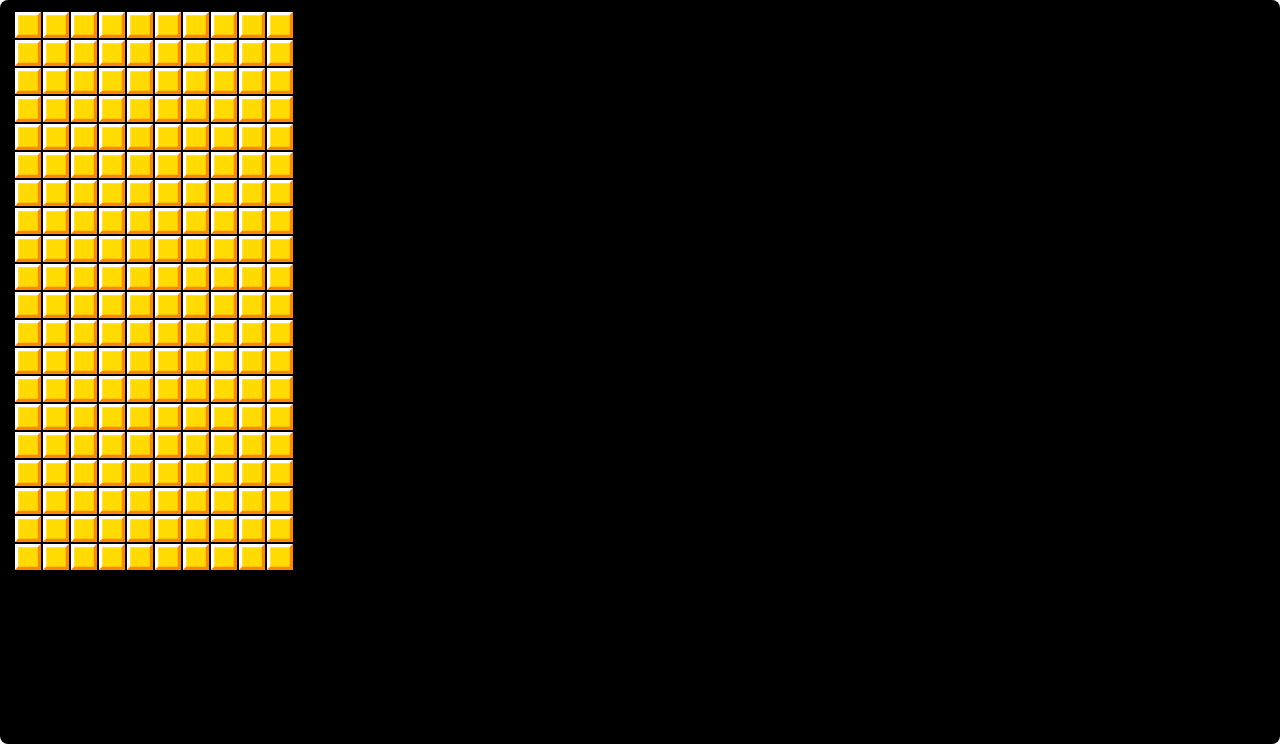
Repository: powidev/Epik-Tetris
Page: index.html
The author's editor kept a copy of each file at every save. The page is drawn from the files as they stood at one save, then again after a run of saves.
The browser window is 1280 px wide. The pictures show the whole page.

Above is the page before, as saved 2025-05-20 10:23:15.

### index.html
<!DOCTYPE html>
<html lang="en">
<head>
    <meta charset="UTF-8">
    <meta name="viewport" content="width=device-width, initial-scale=1.0">
    <title>Tetris</title>
    <link rel="stylesheet" href="style.css">
</head>
<body>
    <div class="canvas-container">
        <canvas id="canvas-tetris" width="300" height="600"></canvas>
    </div>

    <script src="scripts/main.js" type="module"></script>
</body>
</html>

### style.css
body {
    display: flex;
    margin: 0;
    padding: 0;
}
.canvas-container {
    width: 100%;
    height: 100vh;
    background-color: black;
    padding: 12px 15px;
    border-radius: 8px;
}

### scripts/main.js
import { BoardTetris } from "/scripts/boardTetris.js";
import { Tetromino, TetraminoTypes } from "/scripts/tetromino.js";

const canvasTetris = document.getElementById("canvas-tetris");
const rows = 20;
const cols = 10;
const cellSize = 26;
const space = 2;

const boardTetris = new BoardTetris(canvasTetris, rows, cols, cellSize, space);

const tetrominoType = TetraminoTypes.T;
const tetromino = new Tetromino(canvasTetris, cellSize, tetrominoType.shapes, tetrominoType.initPosition, tetrominoType.id);

function update() {

    boardTetris.draw();
    tetromino.draw(boardTetris);
    requestAnimationFrame(update);
}

update();

### scripts/boardTetris.js
import { Grid } from '/scripts/grid.js';

export class BoardTetris extends Grid {
    constructor(canvas, rows, cols, cellSize, space) {
        super(canvas, rows, cols, cellSize, space);
    }

    isInside(row, col){
        return row >= 0 && row < this.rows && col >= 0 && col < this.cols;
    }
    isEmpty(row, col){
        return this.matriz[row][col] === 0 && this.isInside(row, col);
    }
    isRowFull(row){
        return this.matriz[row].every(element => element !== 0);
    }
    isRowEmpty(row){
        return this.matriz[row].every(element => element === 0);
    }
    clearRow(row){
        this.matriz[row].fill(0);
    }
    moveRowDown(row, numRows){
        this.matriz[row + numRows] = this.matriz[row].slice();
        this.clearRow(row);
    }
    clearFullRows(){
        let cont = 0;

        for(let row  = this.rows - 1; row >= 0; row--){
            if(this.isRowFull(row)){
                this.clearRow(row);
                cont++;
            }
            else if(cont > 0){
                this.moveRowDown(row, cont);
            }
        }
        return cont;
    }
    gameOver(){
        return !(this.isRowEmpty(0));
    }
}

### scripts/tetromino.js

class Position{
    constructor(row, column){
        this.row = row;
        this.column = column;
    }
}

class Tetromino {
    constructor(canvas, cellSize, shapes = [], initPosition = new Position(), id=1) {
        this.canvas = canvas;
        this.ctx = this.canvas.getContext('2d');
        this.cellSize = cellSize;
        this.shapes = shapes;
        this.rotation = 0;
        this.initPosition = initPosition;
        this.position = new Position(this.initPosition.row, this.initPosition.column);
        this.id = id;
    }
    drawSquare(x, y, side, color) {
        this.ctx.fillStyle = color;
        this.ctx.fillRect(x, y, side, side);
    }
    drawTriangle(x1, y1, x2, y2, x3, y3, color) {
        this.ctx.beginPath();
        this.ctx.moveTo(x1, y1);
        this.ctx.lineTo(x2, y2);
        this.ctx.lineTo(x3, y3);
        this.ctx.closePath();
        this.ctx.fillStyle = color;
        this.ctx.fill();
    }
    getColorPalette(id) {
        const palette = {
            1:{
                rightTriangle : "#FE8601",
                leftTriangle : "#FFFFFF",
                square : "#FFDB01"
            },
            2:{
                rightTriangle : "#FE5E02",
                leftTriangle : "#FFFFFF",
                square : "#FE8602"
            },
            3:{
                rightTriangle : "#B5193B",
                leftTriangle : "#FFFFFF",
                square : "#EE1B2E"
            },
            4:{
                rightTriangle : "#22974C",
                leftTriangle : "#FFFFFF",
                square : "#24DC4F"
            },
            5:{
                rightTriangle : "#49BDFF",
                leftTriangle : "#FFFFFF",
                square : "#2D97F7"
            },
            6:{
                rightTriangle : "#0000C9",
                leftTriangle : "#FFFFFF",
                square : "#0101F0"
            },
            7:{
                rightTriangle : "#8500D3",
                leftTriangle : "#FFFFFF",
                square : "#A000F1"
            }
        }
        return palette[id] || palette[1];
    }
    drawBlock(x, y, id){
        const margin = this.cellSize / 8;
        const palette = this.getColorPalette(id);

        this.drawTriangle(
            x, y,
            x + this.cellSize, y,
            x, y + this.cellSize,
            palette.leftTriangle
        );

        this.drawTriangle(
            x + this.cellSize, y,
            x + this.cellSize, y + this.cellSize,
            x, y + this.cellSize,
            palette.rightTriangle
        );

        this.drawSquare(
            x + margin,
            y + margin,
            this.cellSize - (margin * 2),
            palette.square
        );
    }
    currentShape(){
        return this.shapes[this.rotation];
    }
    draw(grid){
        const shape = this.currentShape();
        for(let i = 0; i < shape.length; i++){
            const position = grid.getCoordinates(
                this.position.column + shape[i].column,
                this.position.row + shape[i].row
            );
            this.drawBlock(position.x, position.y, this.id);
        }
    }
    currentPosition(){
        const positions = [];
        const shape = this.currentShape();
        for(let i = 0; i < shape.length; i++){
            positions.push(new Position(
                this.position.row + shape[i].row,
                this.position.column + shape[i].column
            ));
        }
        return positions;
    }
    move(row, column){
        this.position.row += row;
        this.position.column += column;
    }
    reset(){
        this.rotation = 0;
        this.position = new Position(this.initPosition.row, this.initPosition.column);
    }
}

const TetraminoTypes = {
    T:{
        id:1,
        initPosition: new Position(0, 3),
        shapes: [
            [new Position(0, 1), new Position(1, 0), new Position(1, 1), new Position(1, 2)],
            [new Position(0, 1), new Position(1, 1), new Position(1, 2), new Position(2, 1)],
            [new Position(1, 0), new Position(1, 1), new Position(1, 2), new Position(2, 1)],
            [new Position(0, 1), new Position(1, 0), new Position(1, 1), new Position(2, 1)]
        ]
    },
    O:{
        id:2,
        initPosition: new Position(0, 4),
        shapes: [
            [new Position(0, 0), new Position(0, 1), new Position(1, 0), new Position(1, 1)]
        ]
    },
    I:{
        id:3,
        initPosition: new Position(-1, 3),
        shapes: [
            [new Position(1, 0), new Position(1, 1), new Position(1, 2), new Position(1, 3)],
            [new Position(0, 2), new Position(1, 2), new Position(2, 2), new Position(3, 2)],
            [new Position(2, 0), new Position(2, 1), new Position(2, 2), new Position(2, 3)],
            [new Position(0, 1), new Position(1, 1), new Position(2, 1), new Position(3, 1)]
        ]
    },
    S:{
        id:4,
        initPosition: new Position(0, 3),
        shapes: [
            [new Position(0, 1), new Position(0, 2), new Position(1, 0), new Position(1, 1)],
            [new Position(0, 1), new Position(1, 1), new Position(1, 2), new Position(2, 2)],
            [new Position(1, 1), new Position(1, 2), new Position(2, 0), new Position(2, 1)],
            [new Position(0, 0), new Position(1, 0), new Position(1, 1), new Position(2, 1)]
        ]
    },
    Z:{
        id:5,
        initPosition: new Position(0, 3),
        shapes: [
            [new Position(0, 0), new Position(0, 1), new Position(1, 1), new Position(1, 2)],
            [new Position(0, 2), new Position(1, 1), new Position(1, 2), new Position(2, 1)],
            [new Position(1, 0), new Position(1, 1), new Position(2, 1), new Position(2, 2)],
            [new Position(0, 1), new Position(1, 0), new Position(1, 1), new Position(2, 0)]
        ]
    },
    J:{
        id:6,
        initPosition: new Position(0, 3),
        shapes: [
            [new Position(0, 0), new Position(1, 0), new Position(1, 1), new Position(1, 2)],
            [new Position(0, 1), new Position(0, 2), new Position(1, 1), new Position(2, 1)],
            [new Position(1, 0), new Position(1, 1), new Position(1, 2), new Position(2, 2)],
            [new Position(0, 1), new Position(1, 1), new Position(2, 0), new Position(2, 1)]
        ]
    },
    L:{
        id:7,
        initPosition: new Position(0, 3),
        shapes: [
            [new Position(0, 2), new Position(1, 0), new Position(1, 1), new Position(1, 2)],
            [new Position(0, 1), new Position(1, 1), new Position(2, 1), new Position(2, 2)],
            [new Position(1, 0), new Position(1, 1), new Position(1, 2), new Position(2, 0)],
            [new Position(0, 0), new Position(0, 1), new Position(1, 1), new Position(2, 1)]
        ]
    }
};

class TetrominosBag {
    constructor(canvas, cellSize){
        this.canvas = canvas;
        this.cellSize = cellSize;
        this.bag = [];
    }

    fillbag(){
        const tetrominosTypes = [
            tetrominosTypes.T,
            tetrominosTypes.O,
            tetrominosTypes.I,
            tetrominosTypes.S,
            tetrominosTypes.Z,
            tetrominosTypes.J,
            tetrominosTypes.L
        ]
        this.bag.length = 0;
        tetrominosTypes.forEach(type=>{
            this.bag.push(new Position(
                this.canvas,
                this.cellSize,
                type.shapes,
                type.initPosition,
                type.id
            ));
        });

        for(let i = this.bag.length - 1; i>0 ; i--){
            let j = Math.floor(Math.random() * (i + 1));
            [this.bag[i], this.bag[j]] = [this.bag[j], this.bag[i]];
        }
    }

    nextTetromino(){
        if(this.bag.length === 0){
            this.fillbag();
        }
        return this.bag.pop();
    }
}

export { Position, Tetromino, TetraminoTypes };

### scripts/grid.js
import { Tetromino } from '/scripts/tetromino.js';

export class Grid {
    constructor(canvas, rows, cols, cellSize, space) {
        this.canvas = canvas;
        this.ctx = canvas.getContext('2d');
        this.rows = rows;
        this.cols = cols;
        this.cellSize = cellSize;
        this.space = space;
        this.matriz = [];
        this.restartMatriz();

        this.canvas.width = this.cols * this.cellSize + (this.space * this.cols);
        this.canvas.height = this.rows * this.cellSize + (this.space * this.rows);

        this.block = new Tetromino(this.canvas, this.cellSize);
    }

    restartMatriz(){
        for(let r = 0; r < this.rows; r++){
            this.matriz[r] = [];
            for(let c = 0; c < this.cols; c++){
                this.matriz[r][c] = 1;
            }
        }
    }

    drawSquare(x, y, side, color, borderColor) {
        const bordeSize = side / 10;

        this.ctx.fillStyle = color;
        this.ctx.fillRect(x, y, side, side);

        this.ctx.strokeStyle = borderColor;
        this.ctx.lineWidth = bordeSize;
        this.ctx.strokeRect(x+bordeSize/2, y+bordeSize/2, side-bordeSize, side-bordeSize);
    }

    getCoordinates(col, row){
        return {x: col * (this.cellSize + this.space), y: row * (this.cellSize + this.space)};
    }

    draw(){
        for(let r = 0; r < this.rows; r++){
            for(let c = 0; c < this.cols; c++){
                const position = this.getCoordinates(c, r);
                if(this.matriz[r][c] !== 0){
                    this.block.drawBlock(position.x,position.y,this.matriz[r][c]);
                }
                else{
                    this.drawSquare(position.x, position.y, this.cellSize, "#000", "#303030");
                }
            }
        }
        this.printMatriz();
    }

    printMatriz(){
        let text = "";
        this.matriz.forEach((row) => {
            text += row.join(" ") + "\n";
        });
        console.log(text);
    }
}

After the next 2 saves:
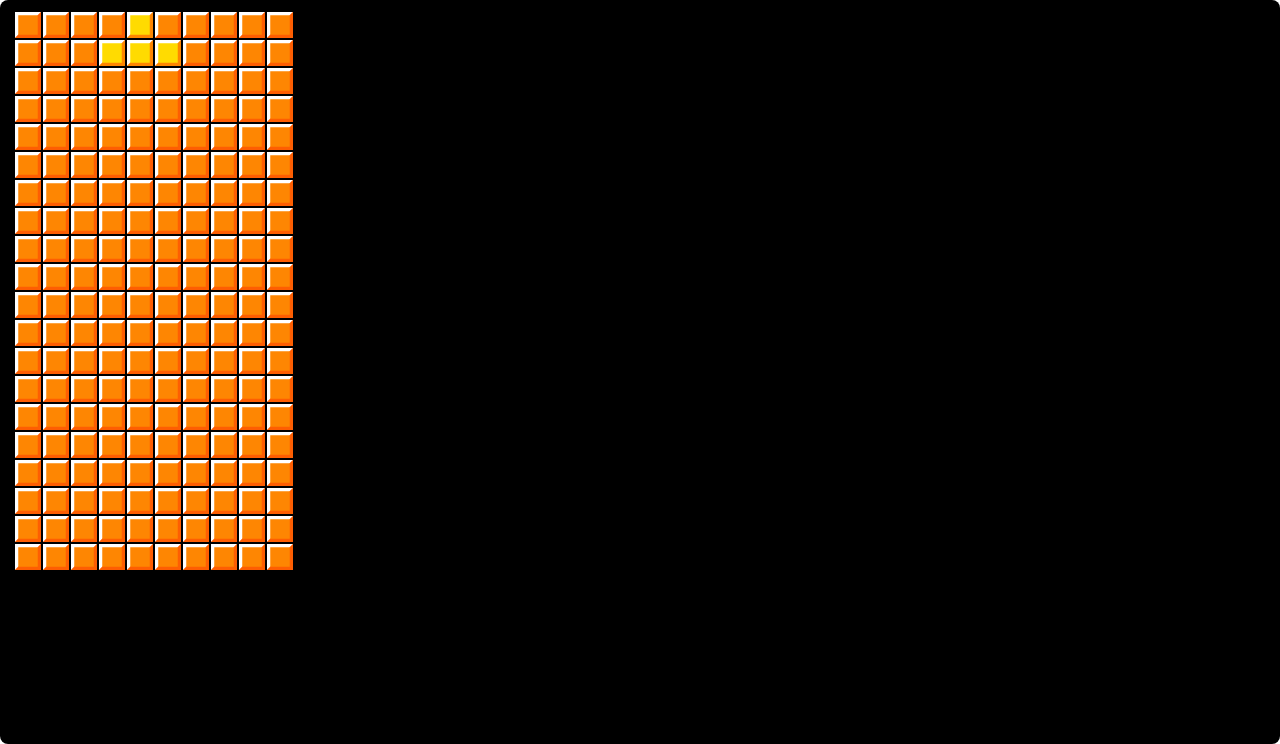
The 2 saves are shown as one change because they came seconds apart.
The last was saved 8 s later.
--- a/scripts/grid.js
+++ b/scripts/grid.js
@@ -21,7 +21,7 @@ export class Grid {
         for(let r = 0; r < this.rows; r++){
             this.matriz[r] = [];
             for(let c = 0; c < this.cols; c++){
-                this.matriz[r][c] = 1;
+                this.matriz[r][c] = 2;
             }
         }
     }
